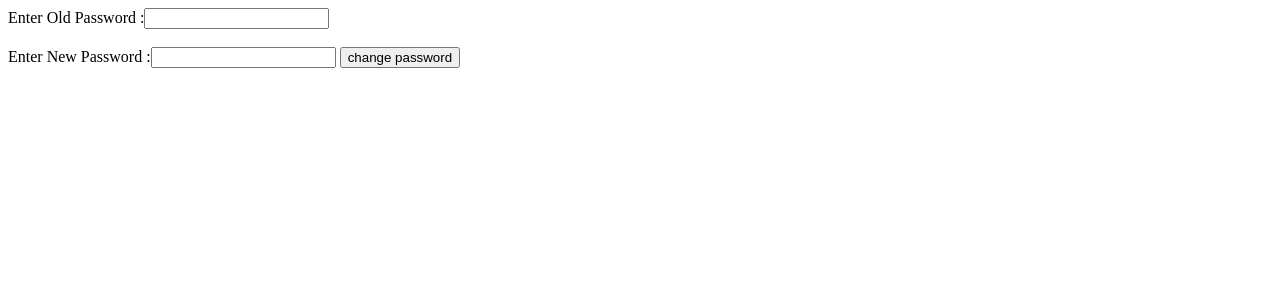
Repository: nihargowda/phase2project
Page: http://localhost/AirAway/updatepassword.jsp
The author's editor kept a copy of each file at every save. The page is drawn from the files as they stood at one save, then again after the next save.
The browser window is 1280 px wide. The pictures show the whole page.
The page is served by Tomcat 9. Nobody is signed in. The application's start-up code is not run.

Above is the page before, as saved 2020-11-19 13:32:32.

After the next save:
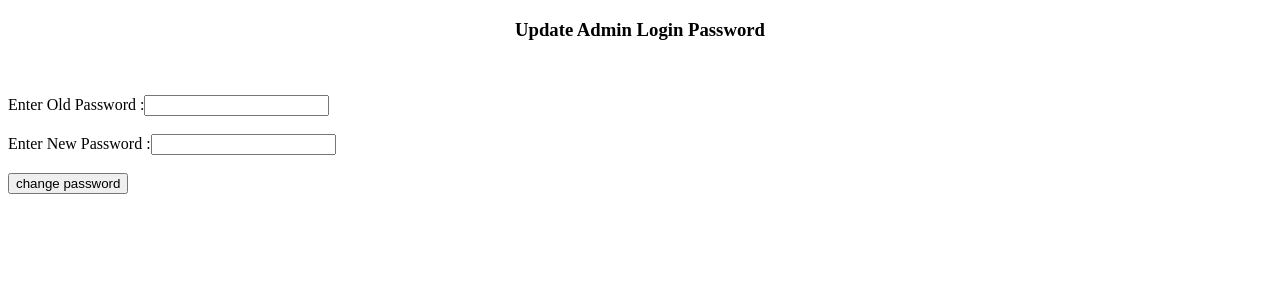
Saved 118 s later.
--- a/AirAway/src/main/webapp/updatepassword.jsp
+++ b/AirAway/src/main/webapp/updatepassword.jsp
@@ -7,10 +7,11 @@
 <title>Insert title here</title>
 </head>
 <body>
+<h3><center>Update Admin Login Password</center></h3><br><br>
 <form action="/AirAway/AdminUpdate" method= "post">
 
 Enter Old Password :<input type= "password" name="oldpassword"><br><br>
-Enter New Password :<input type= "password" name= "newpassword">
+Enter New Password :<input type= "password" name= "newpassword"><br><br>
 <input type= "submit" value="change password" >
 
 
